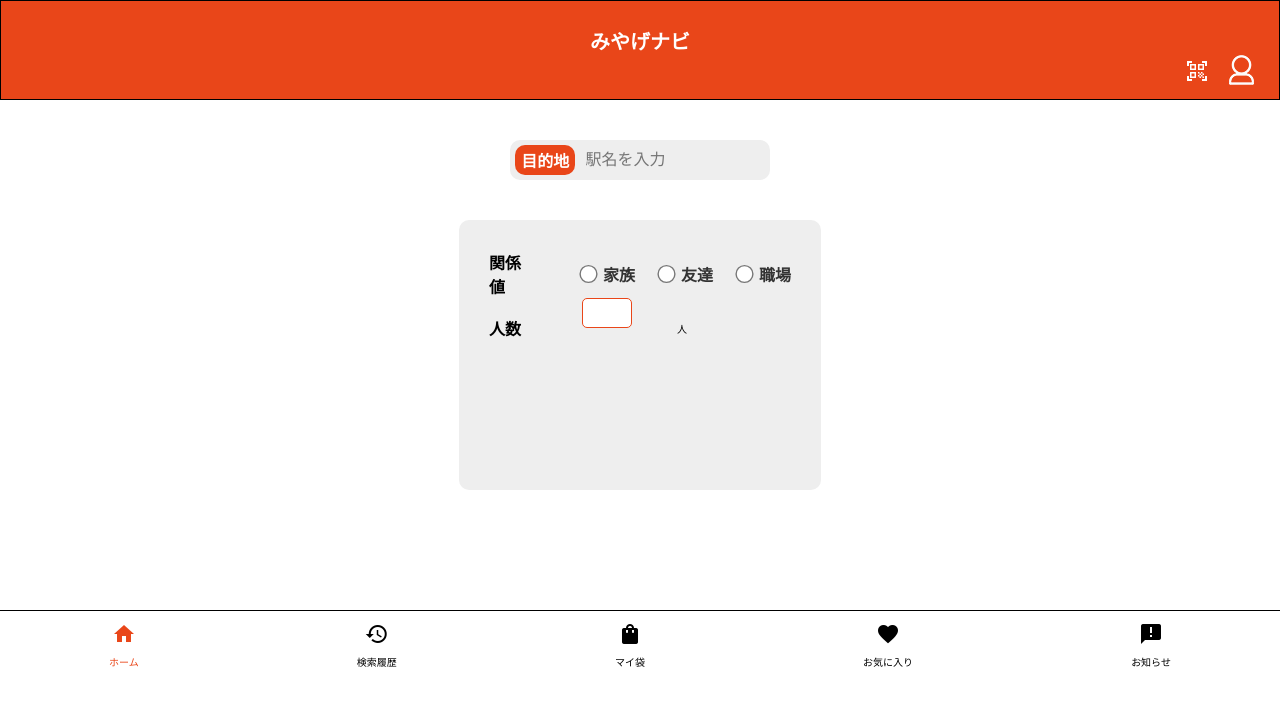
Repository: ama-ne2/miyage_nav
Page: index.html
An editor plug-in stored every save of this project. The page is shown before and after the next save, followed by the edit.
The browser window is 1280 px wide. The pictures show the whole page.

Above is the page before, as saved 2026-02-06 19:24:04.

After the next save:
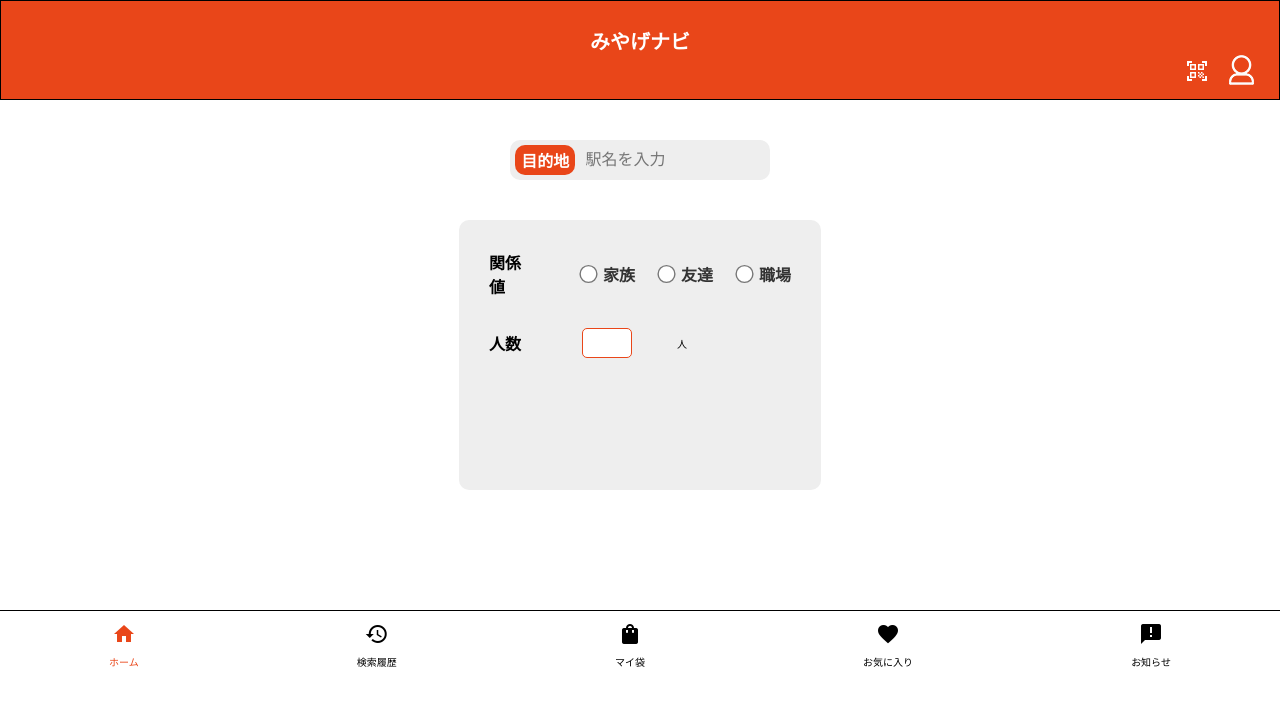
Saved 20 s later.
--- a/css/index.css
+++ b/css/index.css
@@ -43,6 +43,8 @@ main {
         display: flex;
         align-items: center;
         justify-content: start;
+        margin-bottom: 30px;
+
         gap: 45px;
         h2{
             font-size: 1.6rem;
@@ -78,7 +80,6 @@ main {
             border-radius: 5px;
             width: 50px;
             height: 30px;
-            margin-bottom: 30px;
         }
     }
 }
